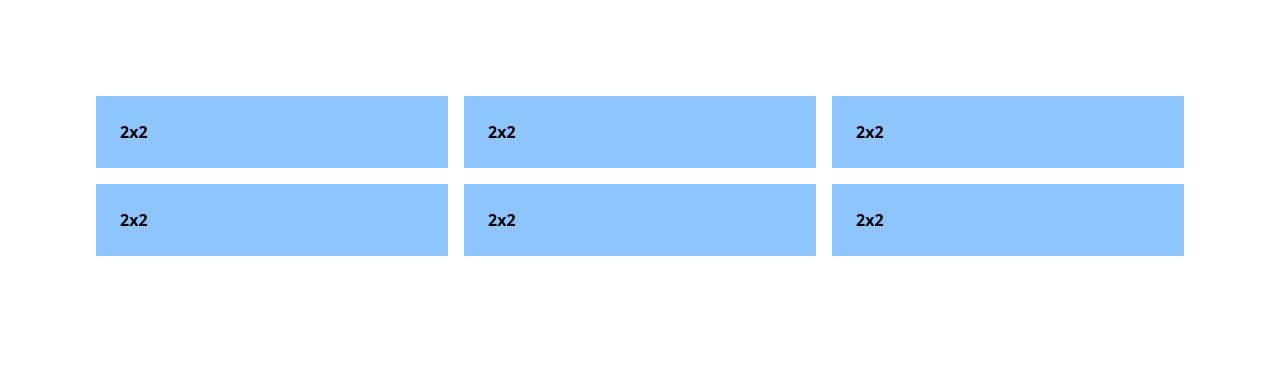
Repository: Abdulahi338/TailwindCss-exercise
Page: Exercise3/index.html
An editor plug-in stored every save of this project. The page is shown before and after the next save, followed by the edit.
The browser window is 1280 px wide. The pictures show the whole page.

Above is the page before, as saved 2025-07-27 18:04:37.

### Exercise3/index.html
<!DOCTYPE html>
<html lang="en">
<head>
    <meta charset="UTF-8">
    <meta name="viewport" content="width=device-width, initial-scale=1.0">
        <script src="https://cdn.jsdelivr.net/npm/@tailwindcss/browser@4"></script>

    <title>Exercise 2</title>
</head>
<body>

    <div class="grid grid-cols-3 grid-rwos-3 gap-4 m-24">
        <div class="bg-blue-300 p-6 font-bold grid-col-span-2">2x2</div>
        <div class="bg-blue-300 p-6 font-bold">2x2</div>
        <div class="bg-blue-300 p-6 font-bold">2x2</div>
        <div class="bg-blue-300 p-6 font-bold">2x2</div>
        <div class="bg-blue-300 p-6 font-bold">2x2</div>
        <div class="bg-blue-300 p-6 font-bold">2x2</div>

    </div>


</body>
</html>

After the next save:
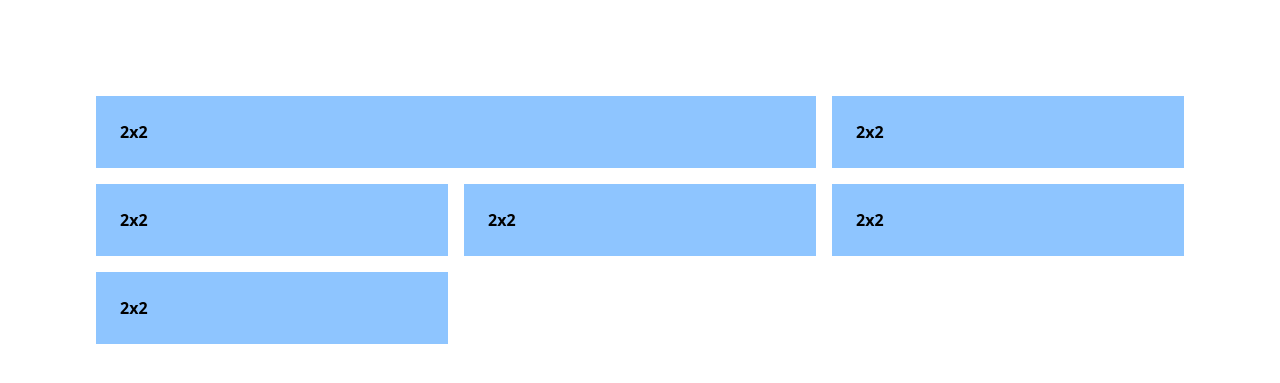
Saved 19 s later.
--- a/Exercise3/index.html
+++ b/Exercise3/index.html
@@ -10,7 +10,7 @@
 <body>
 
     <div class="grid grid-cols-3 grid-rwos-3 gap-4 m-24">
-        <div class="bg-blue-300 p-6 font-bold grid-col-span-2">2x2</div>
+        <div class="bg-blue-300 p-6 font-bold col-span-2">2x2</div>
         <div class="bg-blue-300 p-6 font-bold">2x2</div>
         <div class="bg-blue-300 p-6 font-bold">2x2</div>
         <div class="bg-blue-300 p-6 font-bold">2x2</div>
